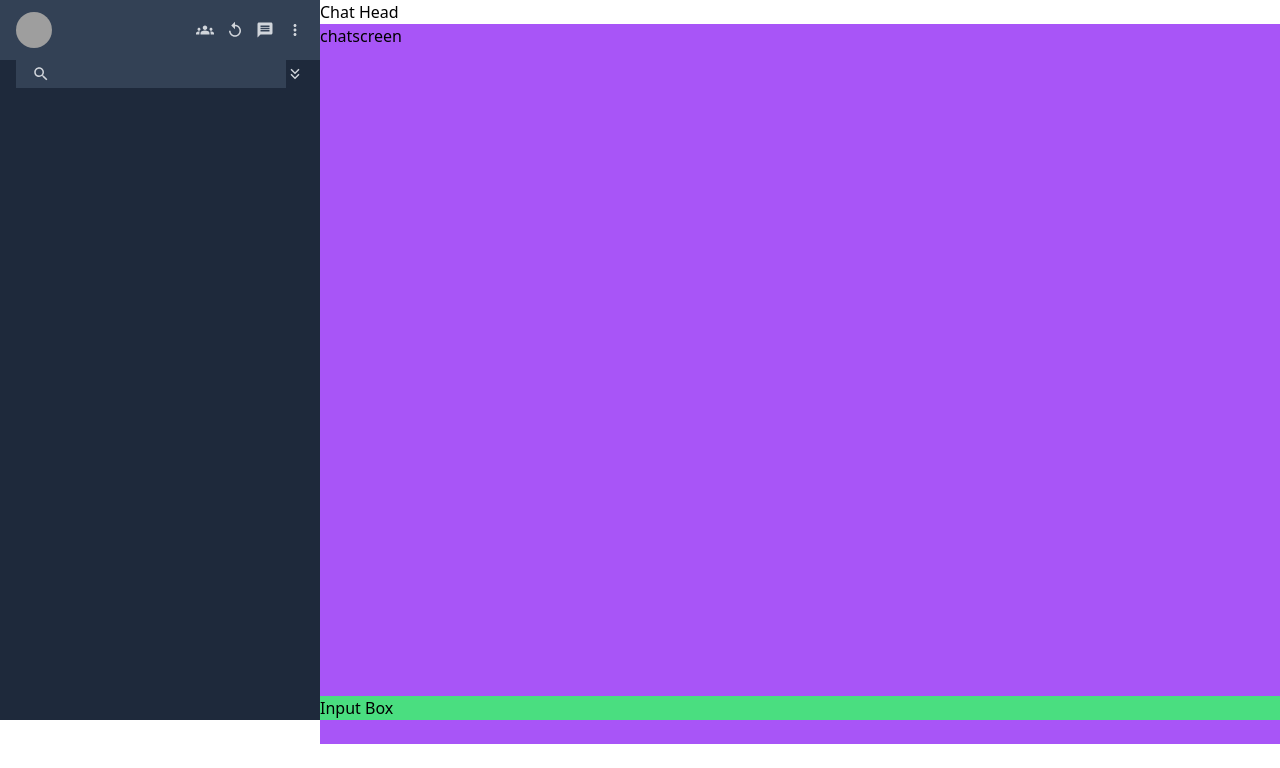
Repository: theanmol-raj/whatsapp
Page: /
An editor plug-in stored every save of this project. The page is shown before and after the next save, followed by the edit.
The browser window is 1280 px wide. The pictures show the whole page.
Pictures or frames that could not be fetched are drawn as grey boxes. The project was rebuilt for these pictures with package versions that can differ from the ones it lists, and the page was loaded fresh each time.

Above is the page before, as saved 2022-12-03 21:52:22.

### src/index.js
import React from 'react';
import ReactDOM from 'react-dom/client';
import './index.css';
import App from './App';






const root = ReactDOM.createRoot(document.getElementById('root'));

root.render(
  <App />
);

### src/App.js
import Homescreen from "./Screens/Homescreen";

function App() {

  return (
    <div className="h-screen w-screen bg-slate-900">
      <Homescreen />
      {/* LoginScreen */}
    </div>
  );
}

export default App;

### src/Screens/Homescreen.jsx
import React from 'react'
import ChatScreen from '../Components/ChatScreen'
import ContactList from '../Components/ContactList'

function Homescreen() {
  return (
    <div className=' w-full max-w-[95rem] grid grid-cols-4 h-screen bg-red-500 mx-auto'>
        {/* Contact List */}
            <ContactList />
        {/* Message Box */}
            <ChatScreen />

    </div>
  )
}

export default Homescreen

### src/Components/ChatScreen.jsx
import React from 'react'

function ChatScreen() {
  return (
    <div className=' bg-yellow-400 col-span-3 relative'>
        <div className=' w-full bg-white sticky top-0'>
                Chat Head
        </div>
        <div className=' h-full bg-purple-500'>
                chatscreen
        </div>
        <div className=' w-full sticky bottom-0 bg-green-400'>
                Input Box
        </div>
    </div>
  )
}

export default ChatScreen

### src/Components/ContactList.jsx
import React from 'react'
import GroupsIcon from '@mui/icons-material/Groups';
import ReplayIcon from '@mui/icons-material/Replay';
import MessageIcon from '@mui/icons-material/Message';
import MoreVertIcon from '@mui/icons-material/MoreVert';
import KeyboardDoubleArrowDownIcon from '@mui/icons-material/KeyboardDoubleArrowDown';
import SearchIcon from '@mui/icons-material/Search';


function ContactList() {
  return (
    <div className=' bg-slate-800'>
      <div className=' flex justify-between items-center p-3 px-4 bg-slate-700'>
        <img className=' rounded-full h-9 w-9' alt='' src="https://pps.whatsapp.net/v/t61.24694-24/158723607_419193396439292_5955373819812020282_n.jpg?stp=dst-jpg_s96x96&ccb=11-4&oh=01_AdRKjHR9ktMhs2HrAksQulr5trvWOTtpB53hlyDh0ZECbw&oe=63986EC2" />
        <div className=' flex text-gray-300 text-lg space-x-3'>
          <GroupsIcon fontSize='inherit' />
          <ReplayIcon fontSize='inherit' />
          <MessageIcon fontSize='inherit' />
          <MoreVertIcon fontSize='inherit' />
        </div>

      </div>
      <div className=' flex items-center text-gray-300 px-4 text-lg'>
        <div className='flex items-center w-full bg-slate-700 px-4'>
          <SearchIcon fontSize='inherit' />
          <input className=' bg-transparent w-full' />
        </div>
        <KeyboardDoubleArrowDownIcon fontSize='inherit' />

      </div>

    </div>
  )
}

export default ContactList

Loaded but not shown: public/index.html (common file); src/index.css (common file); tailwind.config.js (common file)

After the next save:
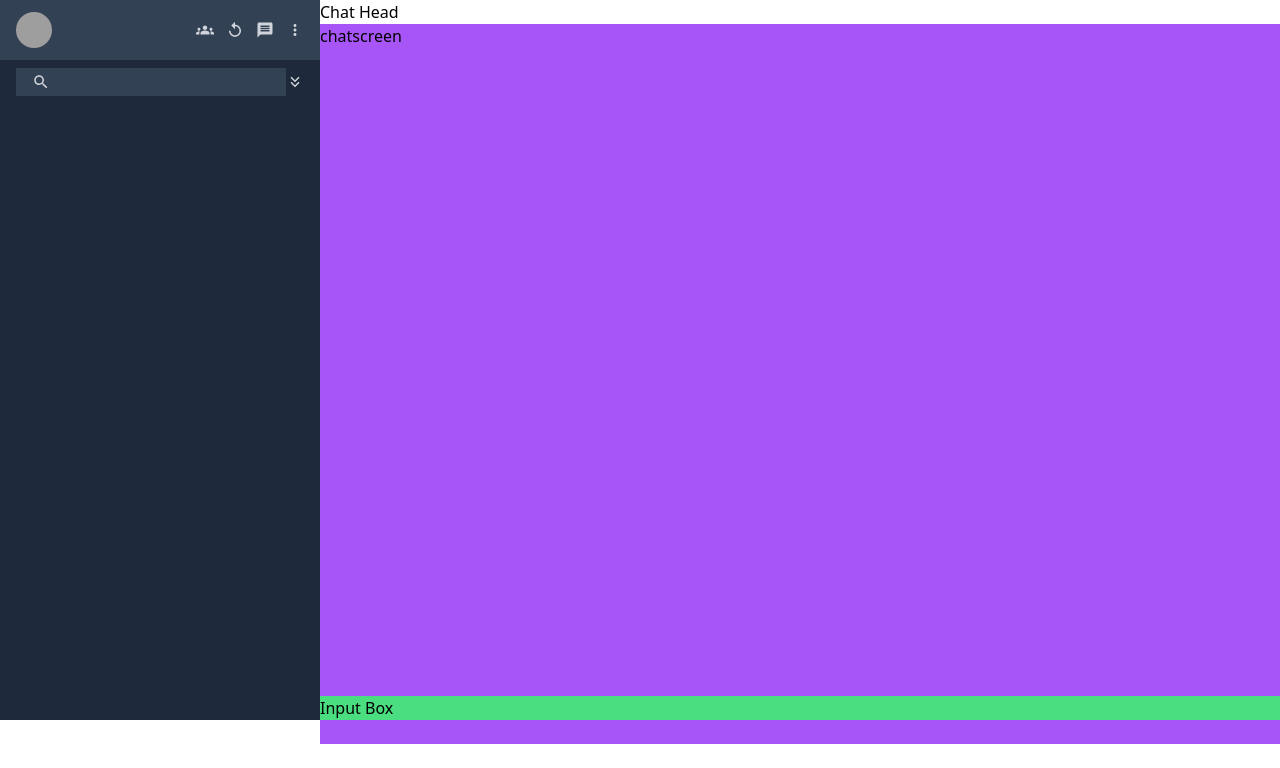
Saved 7 s later.
--- a/src/Components/ContactList.jsx
+++ b/src/Components/ContactList.jsx
@@ -20,7 +20,7 @@ function ContactList() {
         </div>
 
       </div>
-      <div className=' flex items-center text-gray-300 px-4 text-lg'>
+      <div className=' flex items-center text-gray-300 px-4 py-2 text-lg'>
         <div className='flex items-center w-full bg-slate-700 px-4'>
           <SearchIcon fontSize='inherit' />
           <input className=' bg-transparent w-full' />
